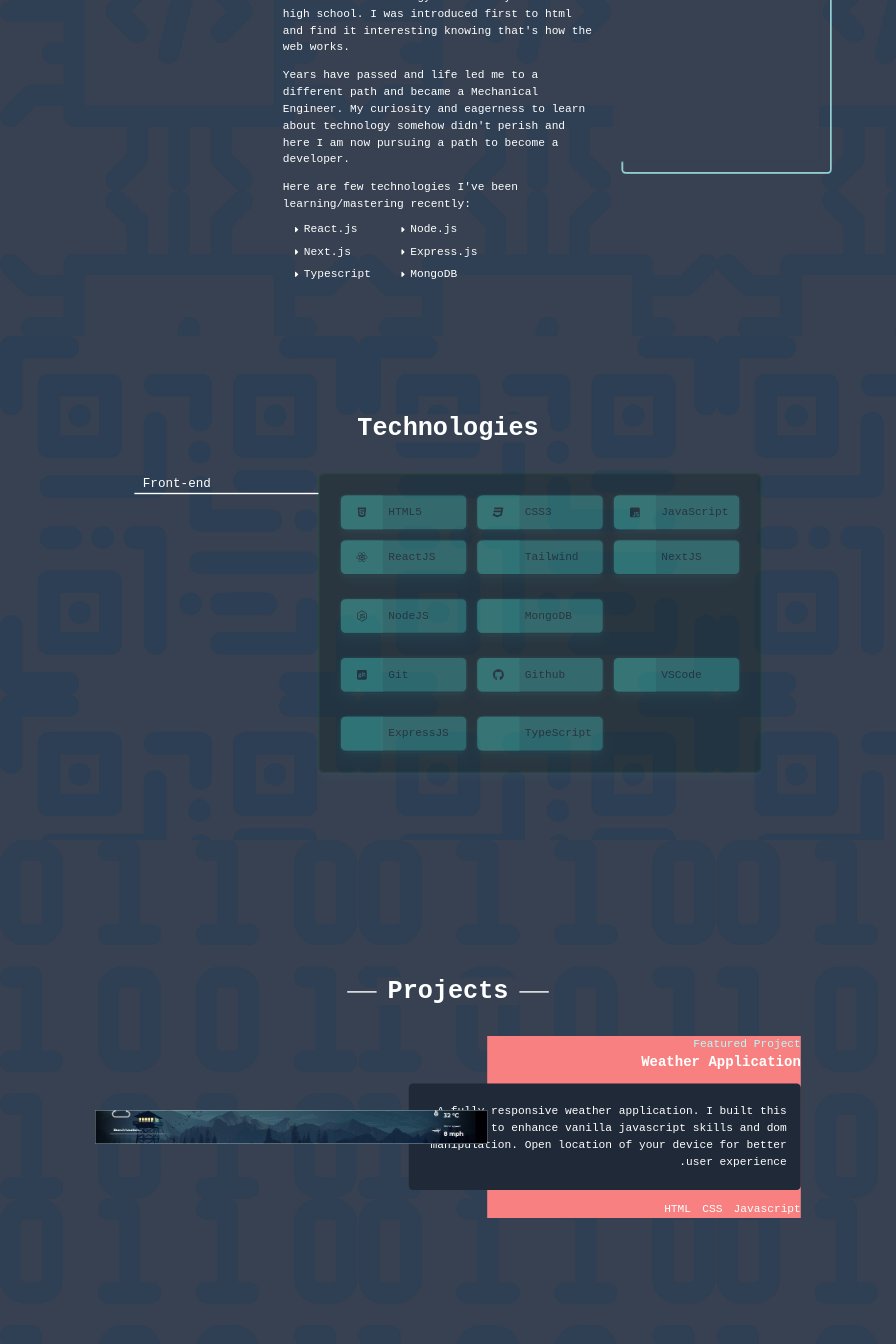
Repository: riandev25/nextjs-portfolio
Page: /
An editor plug-in stored every save of this project. The page is shown before and after the next save, followed by the edit.
The browser window is 1280 px wide. The pictures show the part of the page from y = 960 to 2880 px (the page is 2880 px tall), at 70% of full size.
Backgrounds fixed to the window are drawn as part of the page. The project was rebuilt for these pictures with package versions that can differ from the ones it lists, and the page was loaded fresh each time. The framework's server and built-in components were replaced by stand-ins that run in the browser. Also part of the build but not shown: next.config.js, components/Home/Keyboard/index.module.css, components/Home/Keyboard/index.jsx.

Above is the page before, as saved 2022-11-12 21:50:50.

After the next save:
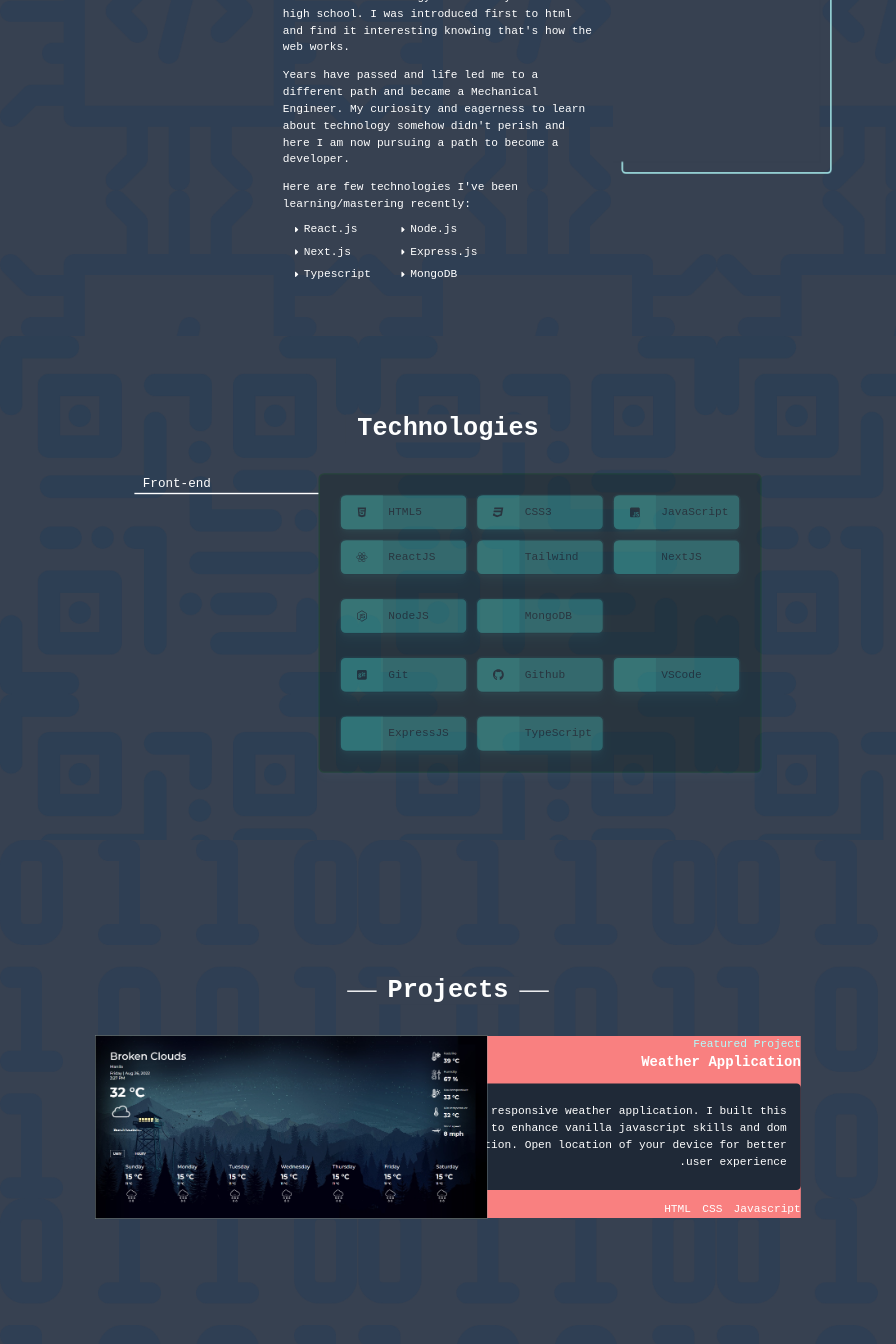
Saved 4 min 1 s later.
--- a/components/Projects/index.jsx
+++ b/components/Projects/index.jsx
@@ -26,7 +26,7 @@ const Projects = () => {
     <div className='pt-4 flex flex-col w-full h-screen gap-11 justify-center items-center text-white px-20 bg-bg_binary_image bg-fixed'>
       <PageHeader title='Projects' />
       <div className='flex flex-row justify-center items-center max-w-full '>
-        <section className='relative w-[35rem] h-12 bg-green-100 flex-auto flex'>
+        <section className='relative w-[35rem] aspect-auto bg-green-100 flex-auto flex'>
           <Image
             src={WeatherImage}
             alt='weather-app'
